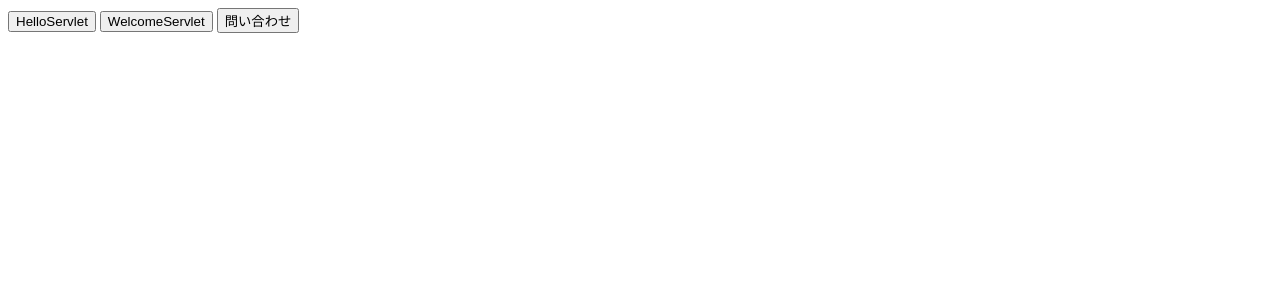
Repository: kokorokaiya/test
Page: http://localhost/HelloServlet/
These files come from the project's save history. The page is drawn as it stood at one moment and after the next save; the edit follows.
The browser window is 1280 px wide. The pictures show the whole page.
The page is served by Tomcat 9.

Above is the page before, as saved 2018-10-23 07:26:24.

After the next save:
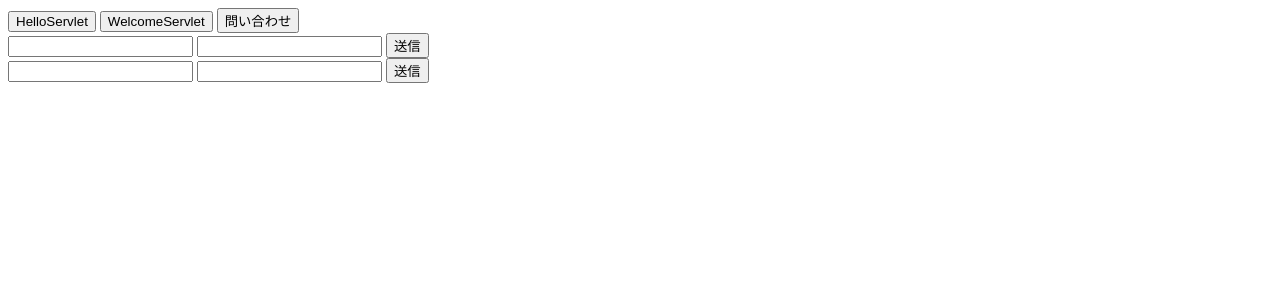
Saved 11 min 19 s later.
--- a/HelloServlet/WebContent/index.jsp
+++ b/HelloServlet/WebContent/index.jsp
@@ -14,6 +14,18 @@
 
 
 
+<form method ="get" action="TestServlet">
+<input type="text" name="username">
+<input type="password" name="password">
+<input type="submit" value ="送信">
+</form>
 
+<form method="post" action="TestServlet">
+<input type ="text" name="username">
+<input type="password" name= "password">
+<input type="submit" value="送信">
+
+
+</form>
 </body>
 </html>
